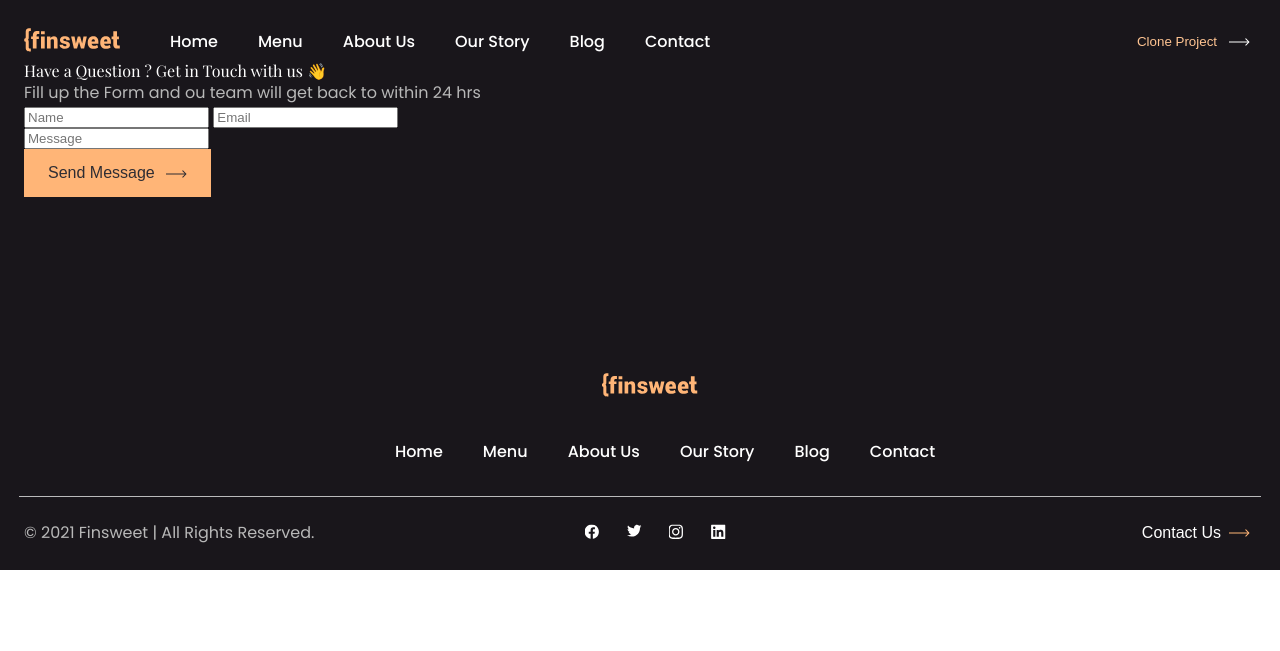
Repository: Minns-Cao/project-finsweet
Page: contact.html
An editor plug-in stored every save of this project. The page is shown before and after the next save, followed by the edit.
The browser window is 1280 px wide. The pictures show the whole page.
Some web fonts or font styles are not loaded; a fallback is used.

Above is the page before, as saved 2023-05-05 13:49:10.

After the next save:
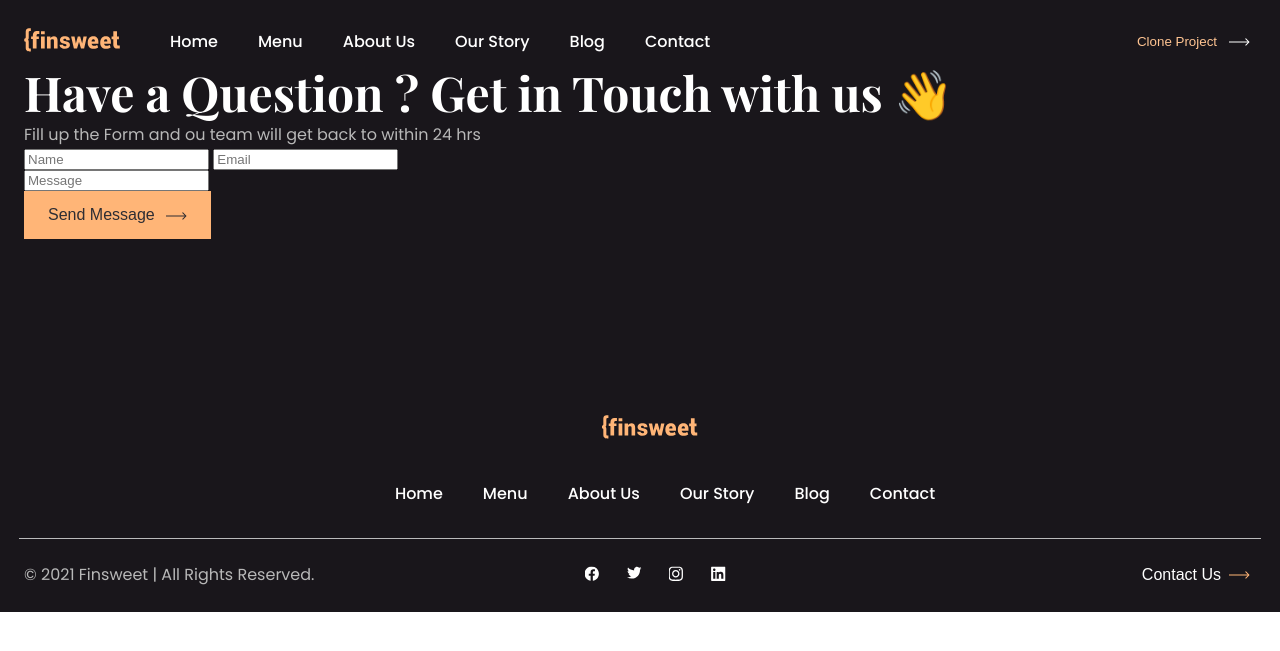
Saved 9 s later.
--- a/contact.html
+++ b/contact.html
@@ -143,7 +143,7 @@
             <div class="contact-us">
                 <div class="main-content">
                     <div class="left-column">
-                        <h2 class="heading">
+                        <h2 class="heading lv2">
                             Have a Question ? Get in Touch with us 👋
                         </h2>
                         <p class="desc">
